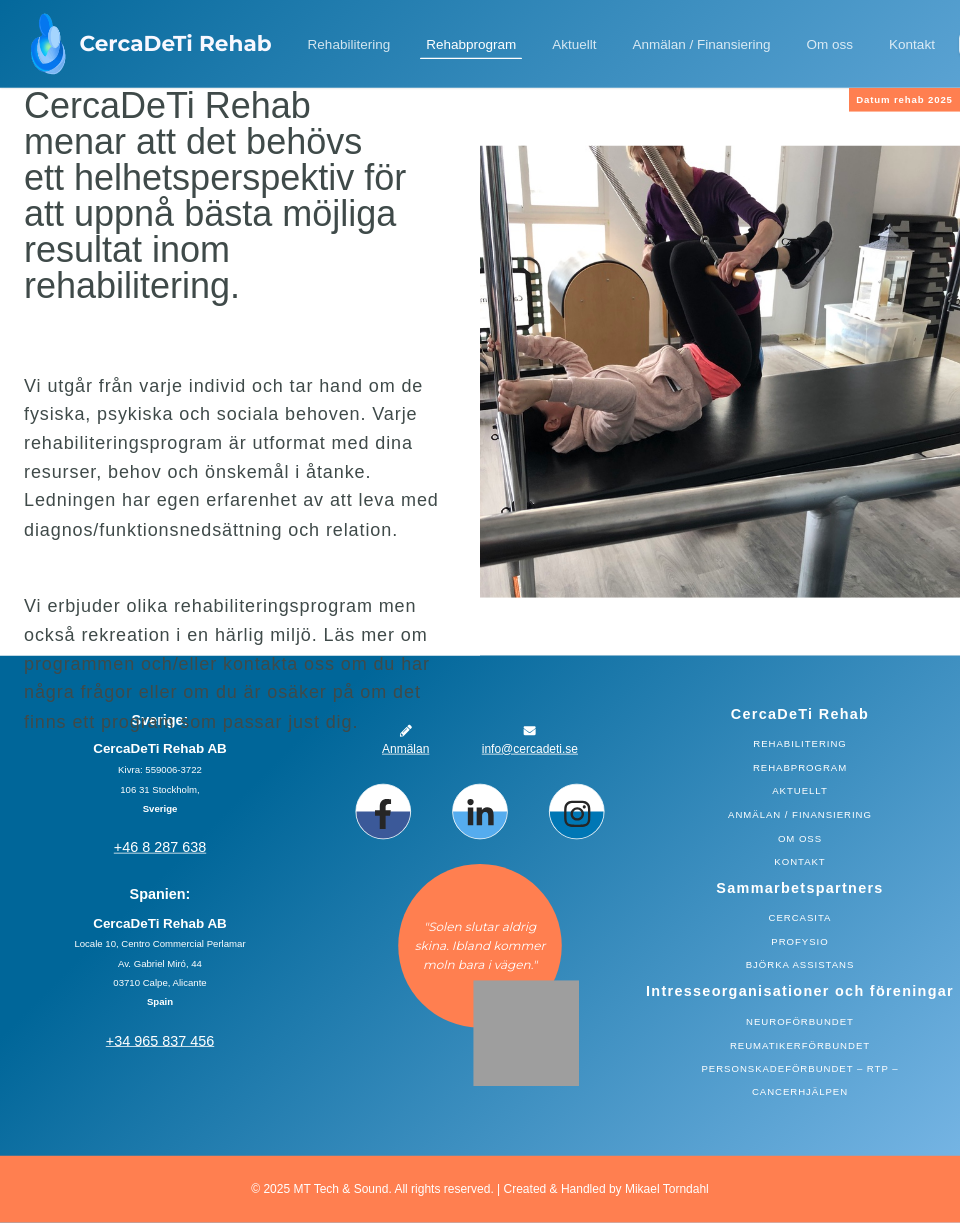
Repository: micketorndahl/CercaDeTi-rehab
Page: Rehabprogram.html
The author's editor kept a copy of each file at every save. The page is drawn from the files as they stood at one save, then again after the next save.
The browser window is 1280 px wide. The pictures show the whole page, at 75% of full size.
Pictures or frames that could not be fetched are drawn as grey boxes. The page's requests for data from a server got no answer. Some web fonts or font styles are not loaded; a fallback is used. Some web libraries are served in a nearby version.

Above is the page before, as saved 2025-02-07 02:46:09.
Console error: TypeError: Cannot set properties of null (setting 'innerHTML')

### Rehabprogram.html
<!DOCTYPE html>
<html lang="en">
  <head>
    <meta charset="UTF-8" />
    <meta name="viewport" content="width=device-width, initial-scale=1.0" />

    <link
      rel="stylesheet"
      href="https://use.fontawesome.com/releases/v5.6.3/css/all.css"
      integrity="sha384-UHRtZLI+pbxtHCWp1t77Bi1L4ZtiqrqD80Kn4Z8NTSRyMA2Fd33n5dQ8lWUE00s/"
      crossorigin="anonymous"
    />

    <script src="https://cdnjs.cloudflare.com/ajax/libs/font-awesome/5.15.4/js/all.min.js"></script>

    <link rel="stylesheet" href="style.css" />
    <link rel="stylesheet" href="tailwind.css" />
    <title>CercaDeTi Rehab</title>
  </head>
  <body>
    <div class="site-container">
      <header class="header">
        <div class="logo-wrapper">
          <div class="logo">
            <div class="logo-and-text">
              <a href="index.html">
                <img src="/images/cropped-CDTR.gif" alt="Logo" />
                <h1 class="cercadeti">CercaDeTi Rehab</h1>
              </a>
            </div>
          </div>
        </div>

        <nav class="main-nav">
          <div class="nav-container">
            <ul>
              <li>
                <a href="rehabilitering.html">Rehabilitering</a>
              </li>
              <li>
                <a href="rehabprogram.html" class="active">Rehabprogram</a>
              </li>
              <li><a href="aktuellt.html">Aktuellt</a></li>
              <li><a href="anmalan-finans.html">Anmälan / Finansiering</a></li>
              <li><a href="om-oss.html">Om oss</a></li>
              <li><a href="kontakt.html">Kontakt</a></li>
            </ul>
          </div>
        </nav>

        <div class="social-container">
          <div class="social">
            <ul>
              <li>
                <a
                  href="https://www.facebook.com/CercadetiRehab/"
                  title="Facebook"
                  ><i class="fab fa-facebook-f icon"></i
                ></a>
              </li>
              <li>
                <a
                  href="https://www.linkedin.com/company/cercadeti-rehab-ab"
                  title="LinkedIn"
                  ><i class="fab fa-linkedin-in icon"></i
                ></a>
              </li>
              <li>
                <a
                  href="https://www.instagram.com/cercadetirehab/"
                  title="Instagram"
                  ><i class="fab fa-instagram icon"></i
                ></a>
              </li>
            </ul>
          </div>
          <!-- DATES START -->
          <div class="dates-index">
            <div class="card-index">
              <h3>Datum rehab 2025</h3>
              <ul>
                <li>
                  5 – 26 April 2025
                  <a href="anmalan-form.html?period=april" class="label-tag"
                    >Anmäl</a
                  >
                </li>
                <li>
                  10 – 31 Maj 2025
                  <a href="anmalan-form.html?period=maj" class="label-tag"
                    >Anmäl</a
                  >
                </li>
                <li>
                  6 – 27 September 2025
                  <a href="anmalan-form.html?period=september" class="label-tag"
                    >Anmäl</a
                  >
                </li>
                <li>
                  4 – 25 Oktober 2025
                  <a href="anmalan-form.html?period=oktober" class="label-tag"
                    >Anmäl</a
                  >
                </li>
                <li>
                  1 – 22 November 2025
                  <a href="anmalan-form.html?period=november" class="label-tag"
                    >Anmäl</a
                  >
                </li>
              </ul>
            </div>
          </div>
          <!-- DATES END -->
        </div>
      </header>

      <!-- MAIN START -->
      <main>
        <div class="container-rehabprogram">
          <div class="rehabprogram-and-banner-container">
            <section class="rehabprogram">
              <h2>
                CercaDeTi Rehab menar att det behövs ett helhetsperspektiv för
                att uppnå bästa möjliga resultat inom rehabilitering.
              </h2>
              <p>
                Vi utgår från varje individ och tar hand om de fysiska, psykiska
                och sociala behoven. Varje rehabiliteringsprogram är utformat
                med dina resurser, behov och önskemål i åtanke. Ledningen har
                egen erfarenhet av att leva med diagnos/funktionsnedsättning och
                relation.
              </p>

              <p>
                Vi erbjuder olika rehabiliteringsprogram men också rekreation i
                en härlig miljö. Läs mer om programmen och/eller kontakta oss om
                du har några frågor eller om du är osäker på om det finns ett
                program som passar just dig.
              </p>
            </section>

            <div class="banner-rehabprogram" id="banner-rehabprogram">
              <!-- Background layers -->
              <div class="image1"></div>
              <div class="image2"></div>
              <div class="image3"></div>
              <div class="image4"></div>
              <div class="image5"></div>
              <div class="image6"></div>
              <!-- Banner Content -->
              <div class="banner-content-rehabprogram">
                <div class="ctas-container">
                  <a href="#main" class="button-CTA">Program</a>
                </div>
              </div>
            </div>
          </div>

          <!-- <section class="programs-list">
            Lorem ipsum, dolor sit amet consectetur adipisicing elit. Minima
            dolorum facilis voluptate sit, et nostrum accusantium aut earum
            explicabo vitae! Similique excepturi a explicabo officiis. Deleniti
            dolor delectus nobis dolore. Aspernatur magnam hic rem mollitia
            porro corrupti quia repellendus fugit laborum nemo exercitationem
            tenetur maiores ipsa autem iure dolorem vero suscipit quibusdam,
            dolor aliquam error ad neque. Molestias, quae! Nemo? Veritatis modi
            quidem est quos? Dolorem ab libero unde ex natus minima laboriosam
            voluptates, nemo dignissimos, voluptatibus consequatur magni.
            Deserunt nihil rem molestias illum voluptatem in doloribus vel
            voluptatibus deleniti. Dolores, qui aut odio, mollitia culpa
            doloremque repellat tempora repellendus, excepturi unde quisquam.
            Alias quos, labore doloremque doloribus laboriosam aspernatur quo
            suscipit explicabo sequi quibusdam, eveniet, voluptatibus
            accusantium recusandae modi! A, voluptatum sequi explicabo incidunt
            perspiciatis quod non repellendus distinctio aliquid ab sunt vel
            dignissimos earum impedit minus voluptate, dolorem iusto labore
            officia eos perferendis corrupti dolorum fugiat. Sapiente,
            veritatis. Fuga optio quas obcaecati cum ab eligendi odio eum maxime
            nam doloremque fugiat corrupti soluta dolores qui non sunt
            praesentium, voluptates placeat error nemo voluptatem quaerat
            provident! Totam, aliquid consectetur. Adipisci delectus praesentium
            aliquid, eligendi, inventore nesciunt explicabo, ratione
            reprehenderit enim a commodi nobis sint atque? Vel, inventore. Vel
            veniam aut temporibus earum cum provident vitae ipsum sed incidunt
            ducimus? Fuga saepe est quo! Fugiat consectetur quas tempora eum id,
            sit odit nobis nihil non commodi illo rerum doloribus consequatur
            repellat dolore vitae voluptas sint saepe pariatur. Voluptates,
            eaque illo. Reprehenderit quod ea laboriosam eaque unde! Hic
            doloribus voluptatem adipisci earum incidunt sunt dolorem
            praesentium non ullam quisquam, iure quod reprehenderit recusandae
            iusto dolor autem consequatur ducimus dolorum molestiae porro.
            Labore in voluptatum quas consequuntur eos mollitia rerum. Doloribus
            veniam reprehenderit consectetur eius molestias sint asperiores
            commodi fugiat aperiam beatae! Id animi sed reiciendis cum
            blanditiis? Nihil sit dolores praesentium.
          </section> -->
        </div>
      </main>
      <!-- MAIN END -->

      <!-- FOOTER START -->
      <footer class="footer-container">
        <div class="footer-top">
          <div class="footarea1 footer-shared">
            <address class="address-shared address-se">
              <h5>Sverige:</h5>
              <strong
                ><span class="address-company-name"
                  >CercaDeTi Rehab AB</span
                ></strong
              ><br />
              <span class="address-location">Kivra: 559006-3722</span><br />
              <span class="address-city">106 31 Stockholm,</span><br />
              <span class="address-country"
                ><strong>Sverige</strong><br
              /></span>
              <br />
              <span class="telephone"
                ><a href="tel:+468287638">+46 8 287 638</a></span
              >
            </address>

            <div class="address-shared address-es">
              <address>
                <h5>Spanien:</h5>
                <strong
                  ><span class="address-company-name"
                    >CercaDeTi Rehab AB</span
                  > </strong
                ><br />
                <span class="address-location"
                  >Locale 10, Centro Commercial Perlamar</span
                ><br />
                <span class="address-street">Av. Gabriel Miró, 44</span><br />
                <span class="address-city">03710 Calpe, Alicante<br /></span>
                <span class="address-country"
                  ><strong>Spain</strong><br
                /></span>
                <br />
                <span class="telephone"
                  ><a href="tel:+34965837456">+34 965 837 456</a></span
                >
              </address>
            </div>
          </div>
          <div class="footarea2 footer-shared">
            <div class="footarea2-links">
              <a href="anmalan-finans.html"
                ><i class="fas fa-pencil-alt"></i> Anmälan</a
              >
              <a href="mailto:info@cercadeti.se"
                ><i class="fas fa-envelope"></i> info@cercadeti.se</a
              >
            </div>
            <div class="social-footer">
              <ul>
                <li>
                  <a
                    href="https://www.facebook.com/CercadetiRehab/"
                    title="Facebook"
                  >
                    <i class="fab fa-facebook-f icon"></i>
                  </a>
                </li>

                <li>
                  <a
                    href="https://www.linkedin.com/company/cercadeti-rehab-ab"
                    title="LinkedIn"
                    ><i class="fab fa-linkedin-in icon"></i
                  ></a>
                </li>
                <li>
                  <a
                    href="https://www.instagram.com/cercadetirehab/"
                    title="Instagram"
                    ><i class="fab fa-instagram icon"></i
                  ></a>
                </li>
              </ul>
            </div>
            <div class="image-container-footer">
              <div class="image-wrapper">
                <p class="footer-quote">
                  "Solen slutar aldrig skina. Ibland kommer moln bara i vägen."
                </p>
                <img src="images/weelchair.icon.png" alt="wheelchair-icon" />
              </div>
            </div>
          </div>
          <div class="footarea3 footer-shared">
            <nav class="footer-nav">
              <div class="link-column1">
                <h4>CercaDeTi Rehab</h4>
                <ul>
                  <li><a href="rehabilitering.html">Rehabilitering</a></li>
                  <li><a href="rehabprogram.html">Rehabprogram</a></li>
                  <li><a href="aktuellt.html">Aktuellt</a></li>
                  <li>
                    <a href="anmalan-finans.html">Anmälan / Finansiering</a>
                  </li>
                  <li><a href="om-oss.html">Om oss</a></li>
                  <li><a href="kontakt.html">Kontakt</a></li>
                </ul>
              </div>

              <div class="link-column2">
                <h4>Sammarbetspartners</h4>
                <ul>
                  <li><a href="https://cercasita.com/">Cercasita</a></li>
                  <li><a href="https://profysio.es/">ProFysio</a></li>
                  <li>
                    <a href="https://www.bjorka-assistans.se/"
                      >Björka Assistans</a
                    >
                  </li>
                </ul>
              </div>

              <div class="link-column3">
                <h4>Intresseorganisationer och föreningar</h4>
                <ul>
                  <li><a href="https://neuro.se/">Neuroförbundet</a></li>
                  <li>
                    <a href="https://reumatiker.se/">Reumatikerförbundet</a>
                  </li>
                  <li>
                    <a href="https://rtp.se/">Personskadeförbundet – RTP – </a>
                  </li>
                  <li>
                    <a href="http://www.cancerhjalpen.se/">Cancerhjälpen</a>
                  </li>
                </ul>
              </div>
            </nav>
          </div>
        </div>
        <div class="footer-bottom">
          <div class="copyright">
            &copy; 2025 MT Tech &amp; Sound. All rights reserved. | Created
            &amp; Handled by Mikael Torndahl
          </div>
          <div class="additional-info"></div>
        </div>
      </footer>
      <!-- FOOTER END -->
    </div>
    <!-- SCRIPT SRCS -->
    <script src="js/script.js"></script>
    <script src="js/weather-api.js"></script>
  </body>
</html>

### style.css
@import url("css/reset.css");
@import url("css/standard.css");
@import url("css/variables.css");
@import url("css/typography.css");
@import url("css/layout.css");
@import url("css/navigation.css");
@import url("css/post.css");
@import url("css/footer.css");
@import url("css/searchbox.css");
@import url("css/page-templates.css");
@import url("css/mq-tablet.css");
@import url("css/mq-phone.css");
@import url("css/effects.css");
@import url("css/specific-classes.css");

### css/standard.css
/*
/* STANDARD
*/

html {
  scroll-behavior: smooth;
}

a {
  text-decoration: none;
}

[class*="fa"]:not([class*="fab"]) {
  display: block;
  margin: 0 auto;
  padding: 0.2rem;
}

### css/typography.css
/*
/* HEADLINES
*/

body {
  background-color: hsla(var(--white-hsl), 1);
  color: var(--gray-paragraph);
  font-style: normal;
}

.container-index p {
  font-size: 1.5rem;
  font-weight: 300;
  pre-wrap: white-space;
  text-align: center;
  margin: var(--margin);
  word-wrap: break-word;
}

.container-index p.important-paragraph {
  font-size: 2rem;
  font-weight: 700;
}

body,
body p,
.address-company-name,
address span,
h1,
h2,
h3,
h4,
h5,
h6 {
  font-family: var(--font-secondary), sans-serif;
  margin: 0;
  padding: 0;
  line-height: var(--body-font-line-height);
}

h1,
h2,
h3,
h4,
h5,
h6 {
  font-weight: bold;
}

h1 {
  font-size: 2rem;
}
h2 {
  font-size: calc(4rem + 1vw);
}

h3 {
  font-size: 1.6rem;
  color: hsla(var(--white-hsl), 1);
  margin-bottom: 0.5rem;
  letter-spacing: 0.09em;
}
h4 {
  font-size: 1.2rem;
  color: hsla(var(--white-hsl), 1);
  margin-bottom: 0.5rem;
  letter-spacing: 0.09em;
}
h5 {
  font-size: 1.2rem;
  font-style: normal;
  padding: 0;
}
h6 {
  font-size: 1rem;
}

.banner-content h2 {
  font-family: var(--font-ten), sans-serif;
  font-size: 6rem;
  font-style: bold;
  line-height: 1.2;
  margin-top: 1vmax;
  color: hsla(var(--white-hsl), 1);
}

header h3 {
  display: flex;
  justify-content: center;
  color: hsla(var(--white-hsl), 1);
  font-size: 1vmax;
  text-align: center;
  padding: 0.5rem;
  margin: 0;
}

.card-index li {
  color: hsla(var(--white-hsl), 1);
}

.address-company-name {
  font-size: 1.4vmax;
  font-weight: bold;
  font-style: normal;
}

address span {
  font-style: normal;
  font-size: 1vmax;
  font-weight: 400;
  margin: 0;
  padding: 0;
}

.aktuellt p.important-paragraph {
  font-size: 1.5vmax;
  font-weight: 700;
}

.aktuellt p.latest-paragrafh {
  font-size: 1.3rem;
  font-weight: 700;
  font-style: normal;
  color: var(--text-dark);
}

.omoss h2,
.rehabprogram h2 {
  font-size: 3rem;
  font-weight: 500;
  color: var(--text-gray);
  text-align: left;
  margin-left: var(--margin);
  padding: 0;
  padding-bottom: 2vmax;
  width: 80%;
}

.omoss .company-info p,
.rehabprogram p {
  display: flex;
  font-size: 1.5rem;
  margin: var(--margin);
  color: var(--text-gray);
  word-break: break-word;
  letter-spacing: 0.05em;
}

.bold {
  font-weight: 900;
}

### css/post.css
/*
/* POST */
/*

### css/searchbox.css
/*
/* SEARCHBOX */
/*

### css/mq-tablet.css
/*
/* MQ-TABLET */
/*

### css/mq-phone.css
/*
/* MQ-PHONE*/
/*

### css/specific-classes.css
.wrapper-color1 {
  background-color: var(--wrapper-color1);
}

.wrapper-color2 {
  background-color: var(--wrapper-color2);
}

.wrapper-color3 {
  background-color: var(--wrapper-color3);
}

.wrapper-color4 {
  background-color: var(--wrapper-color4);
}

.wrapper-color5 {
  background-color: var(--wrapper-color5);
}

.wrapper-color6 {
  background-color: var(--wrapper-color6);
}

.wrapper-color7 {
  background-color: var(--wrapper-color7);
}

.wrapper-color8 {
  background-color: var(--wrapper-color8);
}

.padding-1 {
  padding-top: 6.6rem;
  padding-bottom: 6.6rem;
}

Loaded but not shown: tailwind.css (library); js/script.js (232 lines, source omitted); js/weather-api.js (90 lines, source omitted); css/page-templates.css (1045 lines, source omitted); css/layout.css (396 lines, source omitted); css/effects.css (384 lines, source omitted); css/reset.css (364 lines, source omitted); css/variables.css (111 lines, source omitted); css/footer.css (185 lines, source omitted); css/navigation.css (123 lines, source omitted)

After the next save:
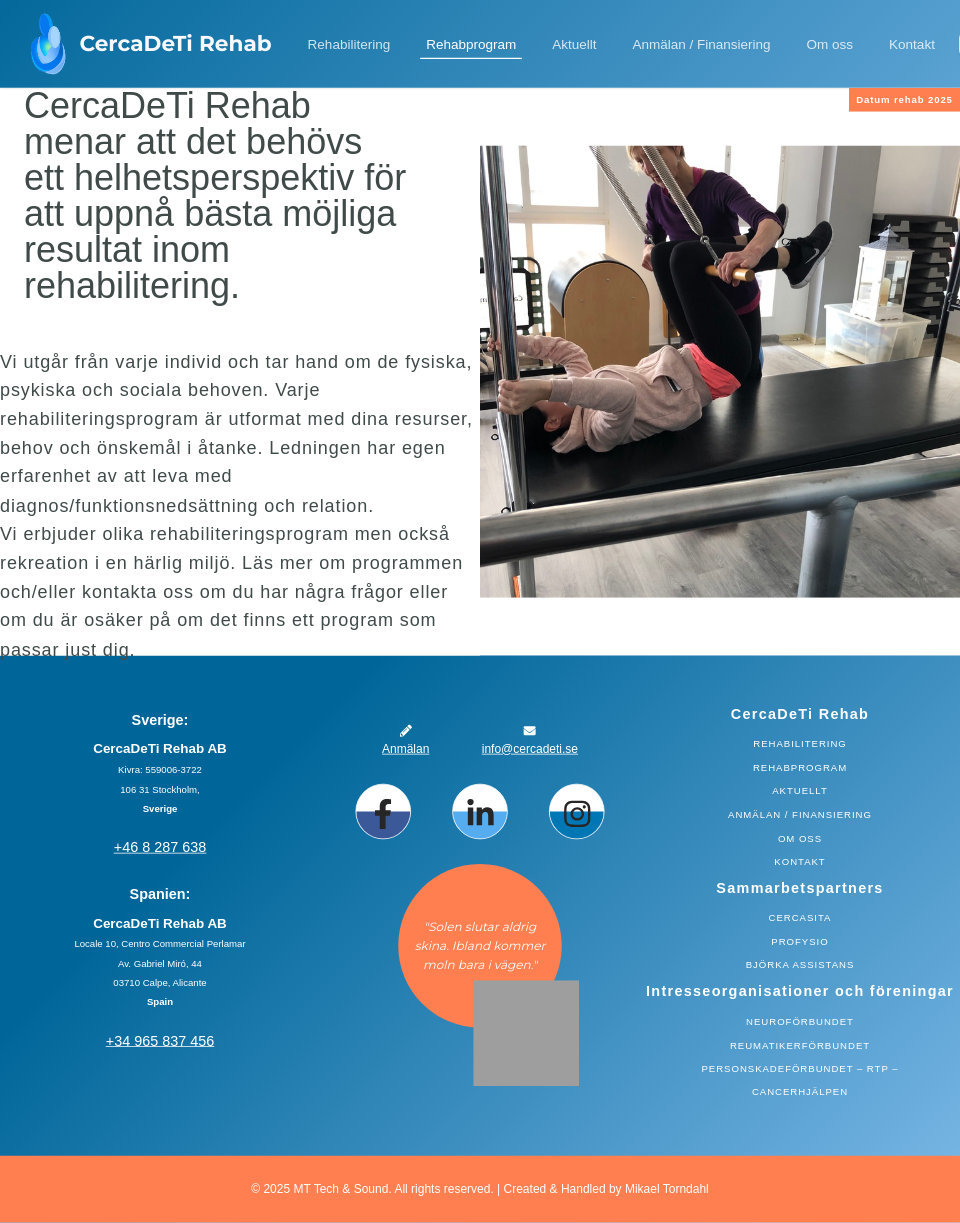
Saved 34 s later.
--- a/css/typography.css
+++ b/css/typography.css
@@ -140,7 +140,7 @@
 .rehabprogram p {
   display: flex;
   font-size: 1.5rem;
-  margin: var(--margin);
+  /* margin: var(--margin); */
   color: var(--text-gray);
   word-break: break-word;
   letter-spacing: 0.05em;

After the save that followed:
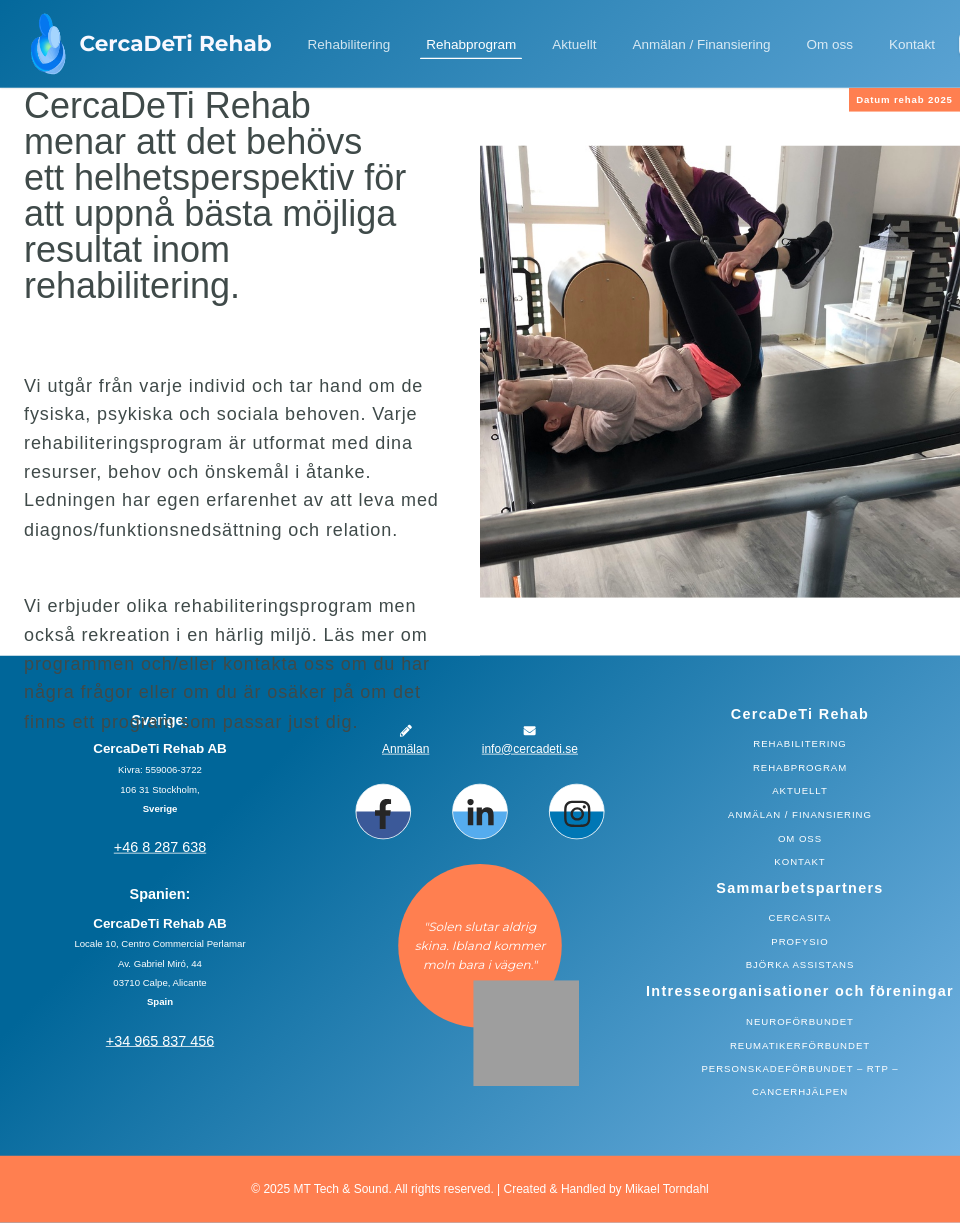
Saved 4 s later.
--- a/css/typography.css
+++ b/css/typography.css
@@ -140,7 +140,7 @@
 .rehabprogram p {
   display: flex;
   font-size: 1.5rem;
-  /* margin: var(--margin); */
+  margin: var(--margin);
   color: var(--text-gray);
   word-break: break-word;
   letter-spacing: 0.05em;
